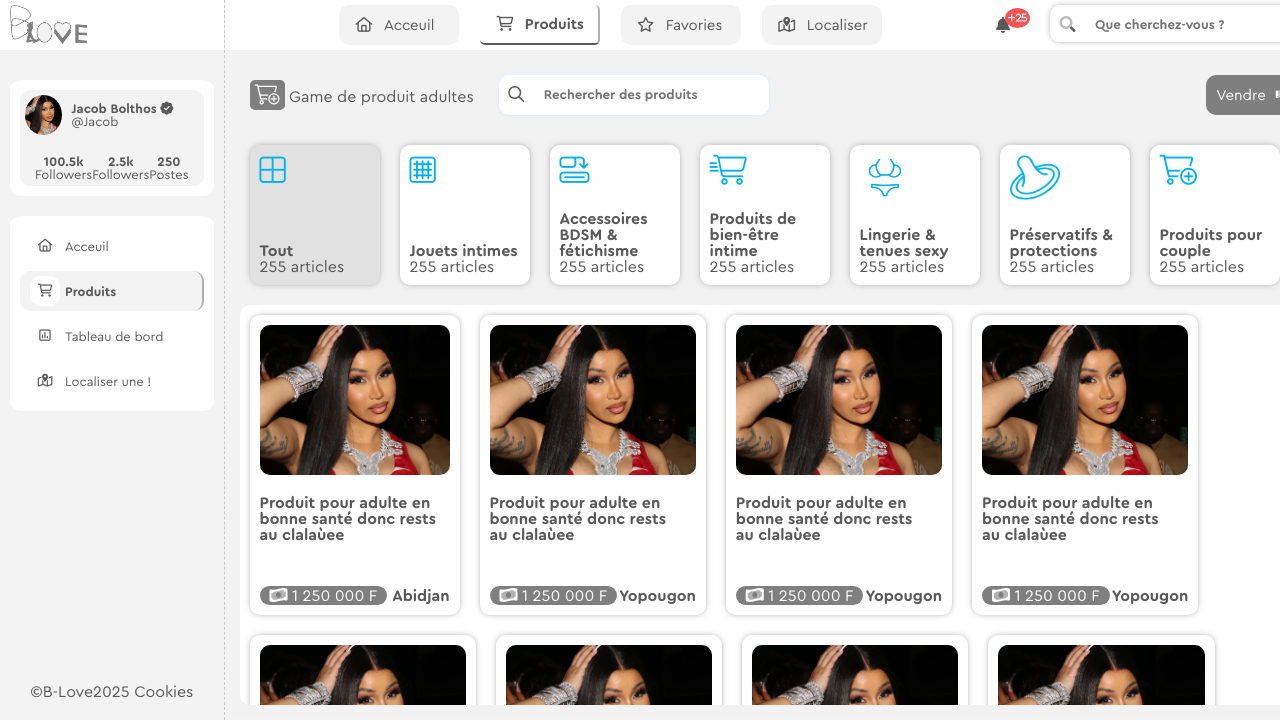
Repository: moomoony-log/b-love
Page: /home/product
These files come from the project's save history. The page is drawn as it stood at one moment and after the next save; the edit follows.
The browser window is 1280 px wide. The pictures show the whole page.
An inner scrolling area shows only its first screen. The project was rebuilt for these pictures with package versions that can differ from the ones it lists, and the page was loaded fresh each time. Also part of the build but not shown: vite.config.ts, src/rules/legacy.tsx, src/rules/privacy.tsx, src/view/auth.tsx, src/view/main/acceuil.tsx, src/view/main/dashbord.tsx, src/view/main/info-account.tsx, src/view/main/account.tsx and 1 more.

Above is the page before, as saved 2025-10-03 13:52:33.

### index.html
<!--
        ?????????         ?????????        ???????????????????
        ????? ?????     ????? ?????      ??????????   ??????????
        ?????  ?????   ?????  ?????    ????????         ????????
        ?????   ????? ?????   ?????    ??????            ????????
        ?????    ?????????    ?????    ??????            ????????
        ?????      ?????      ?????    ???????          ????????
        ?????                 ?????     ?????????      ????????
        ?????                 ?????        ???????????????????
        ?????                 ?????         ????????????????

    TRAVAIL JUSQU'A CE QU'ON DISE QUE TU ES FRANC-MAÇON
    TRAVAIL JUSQU'A CE QU'ON DISE QUE TU ES FRANC-MAÇON
    TRAVAIL JUSQU'A CE QU'ON DISE QUE TU ES FRANC-MAÇON
-->
<!doctype html>
<html lang="en">
  <head>
    <meta charset="UTF-8">
    <meta name="viewport" content="width=device-width, initial-scale=1.0">
    <meta http-equiv="X-UA-Compatible" content="IE=edge">
    <!-- Inbuilt -->
    <link rel="shortcut icon" href="./img/logoloveb.png" type="image/x-icon">
    <!-- <link rel="stylesheet" href="./vendor/font-awesome-pro/css/all.css">  -->
    <!-- <link rel="stylesheet" href="./css/app.css">  -->
    <title>B!love</title>
  </head>
  <body id="index">
    <div id="main-container"></div>
    <script type="module" src="/src/main.tsx"></script>
  </body>
</html>

### src/main.tsx
import { StrictMode } from 'react'
import { createRoot } from 'react-dom/client'
import App from './app'

createRoot(document.getElementById('main-container')!).render(
  <StrictMode>
    <App />
  </StrictMode>
)

### src/app.tsx

import { createBrowserRouter, RouterProvider } from "react-router-dom";
import Legacy from "./rules/legacy";
import Privacy from "./rules/privacy";
import Main from "./view/main/main";
import Auth from "./view/auth";
import Acceuil from "./view/main/acceuil";
import Dashbord from "./view/main/dashbord";
import "../public/css/app.css"
import "../public/vendor/font-awesome-pro/css/all.css"
import InfoAccount from "./view/main/info-account";
import Account from "./view/main/account";
import BecomeToMember from "./view/main/becomeToMember";
import Product from "./view/main/product";

// import Auth from "./view/auth";

const router =  createBrowserRouter([
	{
		path:'/',
		element:<Auth/>
	},
	{
		path:'/legacy',
		element:<Legacy/>
	},
	{
		path:'/privacy',
		element:<Privacy/>
	},
	{
		path:'/home',
		element:<Main/>,
		children:[
			{
				path:'acceuil',
				element: <Acceuil/>
			},
			{
				path:'dashbord',
				element: <Dashbord/>,
			},
			{
				path: 'product',
				element: <Product/>
			},
			{
				path:'check',
				element: <div>Localisation</div>
			},
			{
				path:'client',
				element: <InfoAccount/>,
				children: [
					{
						path:'compte',
						element: <Account/>
					},
					{
						path:'devenir_membre',
						element: <BecomeToMember/>
					},

				]
			}

		]
	}
])

// --> POINT D'ENTREE DANS L'APP(INDEX --> AUTH)
function App() {
	return <RouterProvider router={router}/>
}

export default App

### src/view/main/product.tsx
import { useEffect, useRef } from "react"
import Input from "../../components/basic/input"
import Button from "../../components/basic/button"

const Product = () => {
    const productRef = useRef<HTMLDivElement>(null)

        useEffect(()=> {
            const parent = productRef.current?.parentElement
            if(parent) parent.setAttribute('data-name', 'product')
            return () => parent?.removeAttribute('data-name')
        }, [])

    return (
        <>
        <div className="products-head" ref={productRef}>
           <div>
                <span><i className="fa-light fa-cart-circle-plus"></i> Game de produit adultes</span>
                <Input icon="fa-regular fa-magnifying-glass" type="text" placeholder="Rechercher des produits" />
           </div>
           <Button children={false} to={false} type="button" name="Vendre" icon="fa-solid fa-handshake" border color="gray" />
        </div>
        <div className="product-category">
            <div className="category-item" data-active>
                <i className="fa-light fa-border-all"></i>
                <div>
                    <span>Tout</span>
                    <span>255 articles</span>
                </div>
            </div>
            <div className="category-item">
                <i className="fa-light fa-game-board"></i>
                <div>
                    <span>Jouets intimes</span>
                    <span>255 articles</span>
                </div>
            </div>
            <div className="category-item">
                <i className="fa-light fa-diagram-successor"></i>
                <div>
                    <span>Accessoires BDSM & fétichisme</span>
                    <span>255 articles</span>
                </div>
            </div>
             <div className="category-item">
                <i className="fa-light fa-cart-shopping-fast"></i>
                <div>
                    <span>Produits de bien-être intime</span>
                    <span>255 articles</span>
                </div>
            </div>
             <div className="category-item">
                <img src="../img/bikini.jpg" alt="account"/>
                <div>
                    <span>Lingerie & tenues sexy</span>
                    <span>255 articles</span>
                </div>
            </div>
             <div className="category-item">
                <img src="../img/capote.png" alt="account"/>
                <div>
                    <span>Préservatifs & protections</span>
                    <span>255 articles</span>
                </div>
            </div>
             <div className="category-item">
                <i className="fa-light fa-cart-circle-plus"></i>
                <div>
                    <span>Produits pour couple</span>
                    <span>255 articles</span>
                </div>
            </div>
            <div className="bonus">
                f
            </div>
        </div>
        <div className="products-container cool-scroll-bar" >
            <div className="product-item">
                <div className="cont-account-img" data-name="product"><img src="../img/cardi_b.webp" alt="account-image"/></div>
                <span className="descrip">Produit pour adulte en bonne santé donc rests au clalaùee</span>
                <div className="detail">
                    <span><i className="fa-duotone fa-solid fa-money-bill-wave"></i> 1 250 000 F</span>
                    <span>Abidjan</span>
                </div>
            </div>
            <div className="product-item">
                <div className="cont-account-img" data-name="product"><img src="../img/cardi_b.webp" alt="account-image"/></div>
                <span className="descrip">Produit pour adulte en bonne santé donc rests au clalaùee</span>
                <div className="detail">
                    <span><i className="fa-duotone fa-solid fa-money-bill-wave"></i> 1 250 000 F</span>
                    <span>Yopougon</span>
                </div>
            </div>
            <div className="product-item">
                <div className="cont-account-img" data-name="product"><img src="../img/cardi_b.webp" alt="account-image"/></div>
                <span className="descrip">Produit pour adulte en bonne santé donc rests au clalaùee</span>
                <div className="detail">
                    <span><i className="fa-duotone fa-solid fa-money-bill-wave"></i> 1 250 000 F</span>
                    <span>Yopougon</span>
                </div>
            </div>
            <div className="product-item">
                <div className="cont-account-img" data-name="product"><img src="../img/cardi_b.webp" alt="account-image"/></div>
                <span className="descrip">Produit pour adulte en bonne santé donc rests au clalaùee</span>
                <div className="detail">
                    <span><i className="fa-duotone fa-solid fa-money-bill-wave"></i> 1 250 000 F</span>
                    <span>Yopougon</span>
                </div>
            </div>
            <div className="product-item">
                <div className="cont-account-img" data-name="product"><img src="../img/cardi_b.webp" alt="account-image"/></div>
                <span className="descrip">Produit pour adulte en bonne santé donc rests au clalaùee</span>
                <div className="detail">
                    <span><i className="fa-duotone fa-solid fa-money-bill-wave"></i> 1 250 000 F</span>
                    <span>Yopougon</span>
                </div>
            </div>
            <div className="product-item">
                <div className="cont-account-img" data-name="product"><img src="../img/cardi_b.webp" alt="account-image"/></div>
                <span className="descrip">Produit pour adulte en bonne santé donc rests au clalaùee</span>
                <div className="detail">
                    <span><i className="fa-duotone fa-solid fa-money-bill-wave"></i> 1 250 000 F</span>
                    <span>Yopougon</span>
                </div>
            </div>
            <div className="product-item">
                <div className="cont-account-img" data-name="product"><img src="../img/cardi_b.webp" alt="account-image"/></div>
                <span className="descrip">Produit pour adulte en bonne santé donc rests au clalaùee</span>
                <div className="detail">
                    <span><i className="fa-duotone fa-solid fa-money-bill-wave"></i> 1 250 000 F</span>
                    <span>Yopougon</span>
                </div>
            </div>
            <div className="product-item">
                <div className="cont-account-img" data-name="product"><img src="../img/cardi_b.webp" alt="account-image"/></div>
                <span className="descrip">Produit pour adulte en bonne santé donc rests au clalaùee</span>
                <div className="detail">
                    <span><i className="fa-duotone fa-solid fa-money-bill-wave"></i> 1 250 000 F</span>
                    <span>Yopougon</span>
                </div>
            </div>
            <div className="product-item">
                <div className="cont-account-img" data-name="product"><img src="../img/cardi_b.webp" alt="account-image"/></div>
                <span className="descrip">Produit pour adulte en bonne santé donc rests au clalaùee</span>
                <div className="detail">
                    <span><i className="fa-duotone fa-solid fa-money-bill-wave"></i> 1 250 000 F</span>
                    <span>Yopougon</span>
                </div>
            </div>
            <div className="product-item">
                <div className="cont-account-img" data-name="product"><img src="../img/cardi_b.webp" alt="account-image"/></div>
                <span className="descrip">Produit pour adulte en bonne santé donc rests au clalaùee</span>
                <div className="detail">
                    <span><i className="fa-duotone fa-solid fa-money-bill-wave"></i> 1 250 000 F</span>
                    <span>Yopougon</span>
                </div>
            </div>
            <div className="product-item">
                <div className="cont-account-img" data-name="product"><img src="../img/cardi_b.webp" alt="account-image"/></div>
                <span className="descrip">Produit pour adulte en bonne santé donc rests au clalaùee</span>
                <div className="detail">
                    <span><i className="fa-duotone fa-solid fa-money-bill-wave"></i> 1 250 000 F</span>
                    <span>Yopougon</span>
                </div>
            </div>
            <div className="product-item">
                <div className="cont-account-img" data-name="product"><img src="../img/cardi_b.webp" alt="account-image"/></div>
                <span className="descrip">Produit pour adulte en bonne santé donc rests au clalaùee</span>
                <div className="detail">
                    <span><i className="fa-duotone fa-solid fa-money-bill-wave"></i> 1 250 000 F</span>
                    <span>Cocody</span>
                </div>
            </div>
        </div>

        </>
    )
}

export default Product

### src/components/basic/button.tsx
// --> BUTTON COMPONENTS

import { forwardRef } from "react"
import { NavLink, useLocation } from "react-router-dom";

interface buttonProps {
    type: 'submit' | 'button',
    name?: string,
    icon?:string,
    color?: string,
    outline?: string,
    small?: 'small' | 'small-1' | 'small-2' | 'small-3',
    navigate?: string,
    children: boolean,
    border?: boolean,
    to: string | false,
    inner?:string,
    disable?:boolean,
    onclick?: () => unknown
}

const Button = forwardRef<HTMLButtonElement, buttonProps>(
  ({ name, icon, color, outline, small, navigate, inner, disable, children,border, to, onclick }, ref) => {
    const location = useLocation()
    return (
      <button
        ref={ref}
        type="button"
        className="ui-btn"
        name={name}
        color={color}
        {...(outline ? { "data-outline": "" } : {})}
        {...(disable ? { disabled: true } : {})}
        {...(navigate ? { "data-navigate": "" } : {})}
        {...(inner ? { "data-inner": "" } : {})}
        {...(small ? { "data-size" : small} : {})}
        {...(border ? { "data-border": "" } : {})}
        {...(to && location.pathname === to ? { "data-active": "" } : {})}
        onClick={onclick}
      >
        { (!children && !to ) && name } { icon && (!children && !to ) && <i className={icon}></i> }

        { (children && to) && <NavLink to={to}>  <i className={icon}></i>  {name} </NavLink> }

      </button>
    );
  }
);

export default Button

### public/css/config/config.css
/* Style global de configuration */

/* Police d'ecriture */
/* Cera */
@font-face{
    font-family: 'Cera';
    src: url('../../font/cera-round-pro/CeraRoundPro-Bold.otf');
    font-weight: bold;
}
@font-face {
    font-family: 'Cera';
    src: url('../../font/cera-round-pro/CeraRoundPro-Regular.otf');
    font-weight: normal;
}

/* body{
    display: flex !important;
    padding: 5px;
    height: 100%;
    width: 100%;
    position: absolute;
    top: 0;
    left: 0;
    overflow: hidden;
} */
body *{
    box-sizing: border-box;
    font-family: 'Cera', sans-serif;
    font-weight: bold;
}

button:focus, input:focus, textarea:focus, select:focus {
    outline: none;
}

button {
    cursor: pointer;
    border: none;
}

h1, h2, h3, h4, h5, p {
    color: inherit;
    margin: 0;
    padding: 0;
    text-decoration: inherit;
}

img{
    height: inherit;
    max-width: 100%;
}

### public/css/component/components.css
 /* Imporation des dependances */
 @import url('input.css');
 @import url('button.css');
 @import url('img.css');
 @import url('notification.css');
 @import url('loader.css');
 @import url('table.css');
 @import url('./modals/modal.css');

 @keyframes text{
    0%{
        transform: translateX(100%);
    }
    100%{
        transform: translateX(-100%);
    }
 }

### public/css/views.css
/* --> Css relative à toutes les vues communes  */
@import url('views/auth.css');
@import url('views/legacy.css');
@import url('views/privacy.css');

### public/css/animation.css
@keyframes reotateInner {
    from {
       transform: rotate(0);
    }
    to{
       transform: rotate(180deg);
    }
 }
 @keyframes Online {
    0%, 100% {
       transform: scale(1.5);
       opacity: 1;

    }
    50% {
       transform: scale(0.5);
       /* opacity: 0.5; */
    }
 }
  @keyframes Online2 {
    0%, 100% {
       opacity: 1;

    }
    50% {
       opacity: 0.5;
    }
 }
 @keyframes spin {
   0%{
      transform: rotate(0deg);
   }
   100%{
      transform: rotate(360deg);
   }

 }
  @keyframes opa {
   0%{
      opacity: .4;
   }
   100%{
      opacity: 1;
   }

 }

### public/css/utils/utils.css
@import url('variable.css');
@import url('helper.css');

### public/css/utils/variable.css
/* Variables */
:root{
    --color-white: #ffffff;
    --color-gray-soft: #F6F8FA;
    --color-gray-medium: #b0b0b0;
    --color-gray-hard: #595959;
    --color-gray-hard-1: #7f7f7f;
    /* --color-gray-hard-3: #d4d2d246; */
    --color-gray-hard-3: #f2f2f2e7;
    --color-gray-hard-5: #f2f2f2;
    --color-gray-hard-4: #5959592f;
    --color-blue-lite: #dbf5ff;
    --color-blue-soft: #00B0F0;
    --color-blue-soft-2: #9ab9dc;
    --color-blue-hard: #2A6EBB;
    --color-green-lite: #aefecf;
    --color-green-lite-2: #80d6a4;
    --color-green-hard: #41cf7c;
    --color-red-lite: #ffcdcd;
    --color-red-soft: #f58e8e;
    --color-red-hard: #f25353;
    --shadow-one: 0 0 5px #eee;
    --shadow-two: 0 0 5px #84b1c3;
    --shadow-3: 0 0 4px #bababa;
    --bezier-1: cubic-bezier(0.68, -0.55, 0.27, 1.55);
}

### public/css/utils/helper.css
/* cool-scroll-bar */
.cool-scroll-bar::-webkit-scrollbar{
    width: 3px;
    height: 3px;
    border-radius: 50px !important;
    background-color: var(--color-gray-soft);
    box-shadow: 0 0 5px var(--color-gray-soft);
}
.cool-scroll-bar::-webkit-scrollbar-thumb{
    background-color: var(--color-gray-medium);
    border-radius: 50px !important;
}

### public/css/views/legacy.css
.legacy {
    z-index: 10;
    height: 100%;
    padding: 20px;
    overflow: auto;
}
.legacy p{
    font-size: 40px;
}

### public/css/views/privacy.css
.privacy {
    z-index: 10;
    height: 100%;
    padding: 20px;
    overflow: auto;
}
.privacy p{
    font-size: 40px;
}

### public/css/component/loader.css

/* CSS DU COMPOSANT DE CHRAGEMENT */
#loader{
    position: absolute;
    display: flex;
    flex-direction: column;
    width: 100%;
    gap: 10px;
    height: 100%;background-color: rgba(255, 255, 255, 0.744);
    justify-content: center;
    align-items: center;
    z-index: 1000;
}

#loader .spinner{
    height: 60px;
    width: 60px;
    display: flex;
    justify-content: center;
    align-items: center;
    position: relative;
    animation: spin 2s linear infinite;
}
#loader .spinner::before{
    content: '';
    height: 100%;
    width: 100%;
    position: absolute;
    border-radius: 50%;
    border: solid 4px var(--color-gray-hard-3);
}
#loader .spinner::after{
    content: '';
    height: 100%;
    width: 100%;
    position: absolute;
    border-radius: 50%;
    border: solid 4px transparent;
    border-left-color:var(--color-gray-hard-1);
    animation: spin 0.8s linear infinite, opa 0.8s ease-in-out infinite alternate-reverse;
}
#loader img{
    width: 95px;
    height: 50px;
}
#loader i{
    font-size: 20px;
}
#loader .i{
   background-color: var(--color-gray-hard-);
   padding: 7px;
   display: flex;
   align-items: center;
   justify-content: center;
   border-radius: 5px;
}

### public/css/component/table.css
.infos-personnels[data-name="statut"] .availability table{
    border-collapse: collapse;
    width: 100%;
    background-color: var(--color-white);
    text-align: center;
    font-size: 13px;
}
.availability table th,
.availability table td{
    height: 40px;
    padding: 3px;
}
.availability table td:last-child{
    text-align: right;
}
.availability table tbody tr:hover{
    background-color: var(--color-gray-hard-3);
}

.cont-my-post table{
    width: 100%;
    border-spacing: 0 5px;
    background-color: var(--color-white);
    text-align: center;
    padding: 5px;
    border-radius: 5px;
}
.cont-my-post table tbody td:last-child button{
    background-color: white;
    margin-left: 5px;
}
.cont-my-post table tbody tr:hover td{
    background-color: var(--color-white);
}
.cont-my-post table tbody tr:hover td:last-child button{
    background-color: var(--color-gray-hard-3);
}

.cont-my-post table tbody td{
    padding: 5px;
    background-color: var(--color-gray-hard-3);
    font-weight: lighter;
    margin: 10px;
}
.cont-my-post table tbody td:last-child{
    text-align: right;
}


@media (max-width: 855px) {
    .cont-my-post table{
        font-size: 12px;
    }
    .cont-my-post table tbody td:last-child{
        display: flex;
        flex-direction: column;
        margin: 0;
        gap: 5px;
    }
}

@media (max-width: 355px) {
    .cont-my-post table tbody td:last-child{
        font-size: 11px;
    }
}

### public/css/component/modals/publication.css
.modal[name="publication"] .box .body{
   display: flex;
   background-color: var(--color-white);
}

### public/css/component/modals/confirm.css
.modal[name="confirm"] .box .body{
   display: flex;
   background-color: var(--color-white);
   display: flex;
   flex-direction: column;
   justify-content: center;
   align-items: center;
   position: relative;
}
.modal[name="confirm"] .box .body::after{
    content: '';
    height: 100%;
    width: 100%;
    border-radius: 10px;
    position: absolute;
    animation: Online2 1s ease-in-out infinite;
}
.modal[name="confirm"] .box .body .icon{
    height: 75px;
    width: 75px;
    font-size: 50px;
    line-height: 75px;
    text-align: center;
    border-radius: 10px;
    margin-bottom: 5px;
}
.modal[name="confirm"] .box .body .title{
    font-size: 20px;
    margin-bottom: 20px;
}
.modal[name="confirm"] .box .body .confirm-text{
    font-weight: lighter;
}

.modal[name="confirm"] .box .body[type="exit"]::after{
    background-color: rgba(255, 17, 17, 0.066);
}
.modal[name="confirm"] .box .body[type="exit"] .icon{
    box-shadow: 0 0 7px -4px var(--color-red-hard);
    background-color: var(--color-red-lite);
    color: var(--color-red-soft);
}
.modal[name="confirm"] .box .body[type="exit"] .title{
    color: var(--color-red-soft);
}

.modal[name="confirm"] .box .body[type="good"]::after{
    background-color: rgba(17, 184, 255, 0.077);
}
.modal[name="confirm"] .box .body[type="good"] .icon{
    box-shadow: 0 0 7px -4px var(--color-blue-hard);
    background-color: var(--color-blue-lite);
    color: var(--color-blue-soft);
}
.modal[name="confirm"] .box .body[type="good"] .title{
    color: var(--color-blue-soft);
}

### src/utils/utils.ts
class Utils {

    static emailValidation(email: string) : boolean {
        const emailRegex :RegExp = /^[^\s@]+@[^\s@]+\.[^\s@]+$/
        return emailRegex.test(email)
    }

    static inputValue(value: string, minLenght: number) : boolean {
        const inputRegex :RegExp = /^[A-Za-zÀ-ÖØ-öø-ÿ\s]+$/

        if (value.length > minLenght && inputRegex.test(value)) return inputRegex.test(value)
        else return false
    }

    static passwordValidation = (value: string):boolean => {
        const passwordRegex: RegExp = /^(?=.*?[A-Z])(?=.*?[a-z])(?=.*?[0-9])(?=.*?[#?!@$%^&*-]).{8,}$/g
        if (passwordRegex.test(value)) return true
        else return false
    }

    static otpValidation = (value: string):boolean => {
        const otpRegex : RegExp = /^[0-9]+$/gm
        if(otpRegex.test(value) && value.length === 1) return true
        else return false
    }

}

export default Utils

Loaded but not shown: public/vendor/font-awesome-pro/css/all.css (library); public/css/app.css (2283 lines, source omitted); src/view/main/main.tsx (179 lines, source omitted); src/components/basic/input.tsx (178 lines, source omitted); public/css/views/auth.css (265 lines, source omitted); public/css/component/input.css (225 lines, source omitted); public/css/component/button.css (208 lines, source omitted); public/css/component/notification.css (126 lines, source omitted); public/css/component/img.css (128 lines, source omitted); public/css/component/modals/modal.css (79 lines, source omitted)

After the next save:
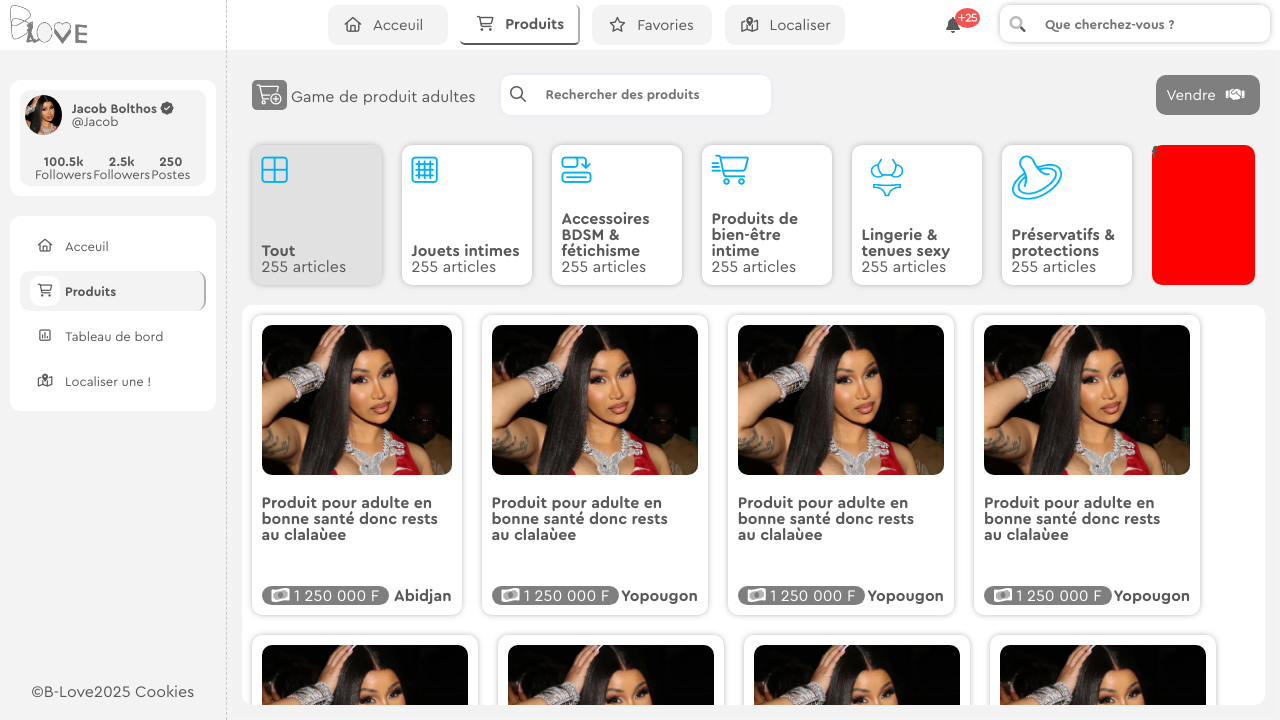
Saved 26 s later.
--- a/src/view/main/product.tsx
+++ b/src/view/main/product.tsx
@@ -60,13 +60,6 @@ const Product = () => {
                 <img src="../img/capote.png" alt="account"/>
                 <div>
                     <span>Préservatifs & protections</span>
-                    <span>255 articles</span>
-                </div>
-            </div>
-             <div className="category-item">
-                <i className="fa-light fa-cart-circle-plus"></i>
-                <div>
-                    <span>Produits pour couple</span>
                     <span>255 articles</span>
                 </div>
             </div>
